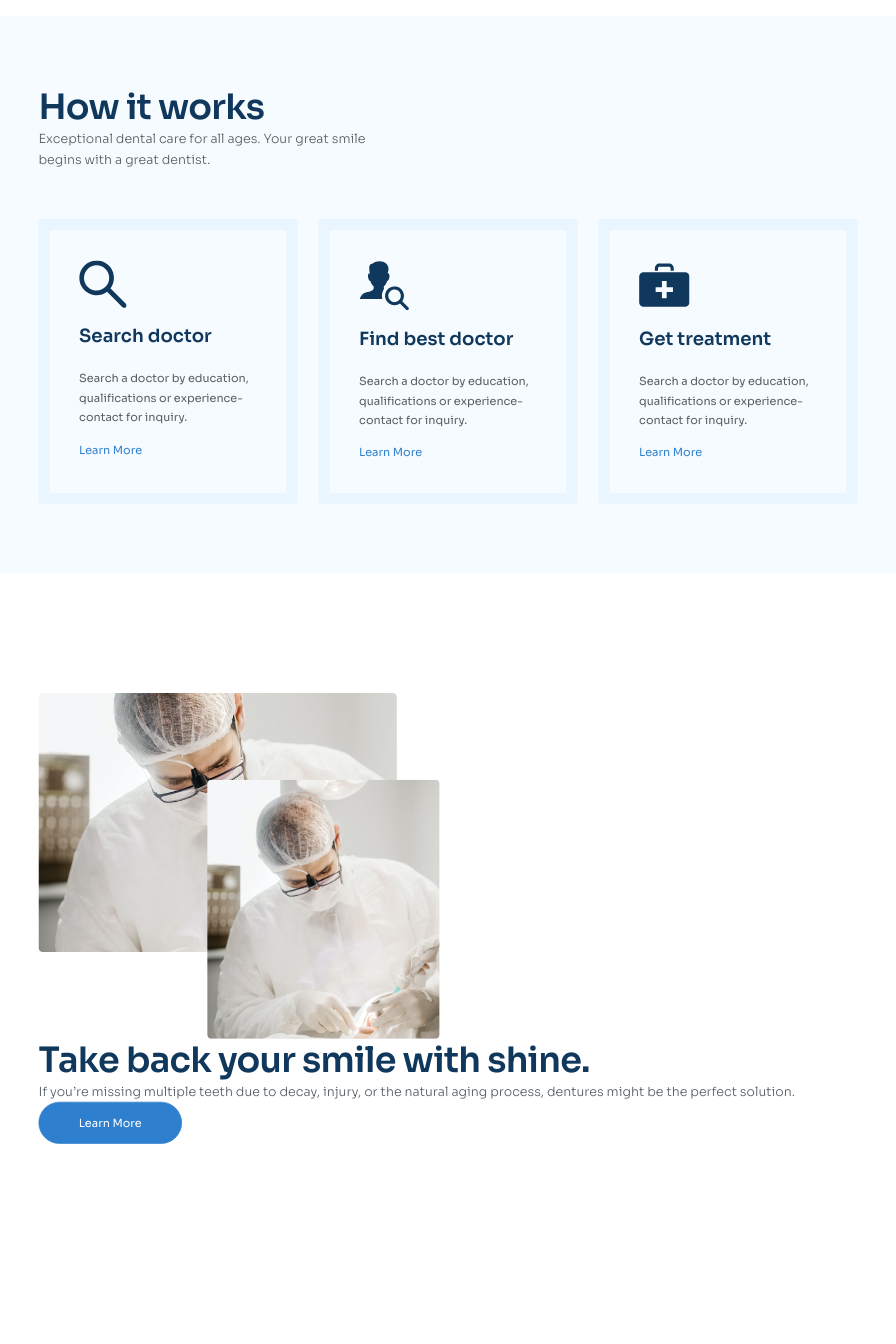
Repository: Tran-Dat/F8_Project_03
Page: index.html
An editor plug-in stored every save of this project. The page is shown before and after the next save, followed by the edit.
The browser window is 1280 px wide. The pictures show the part of the page from y = 1880 to 3800 px (the page is 3800 px tall), at 70% of full size.

Above is the page before, as saved 2023-04-03 16:21:54.

After the next save:
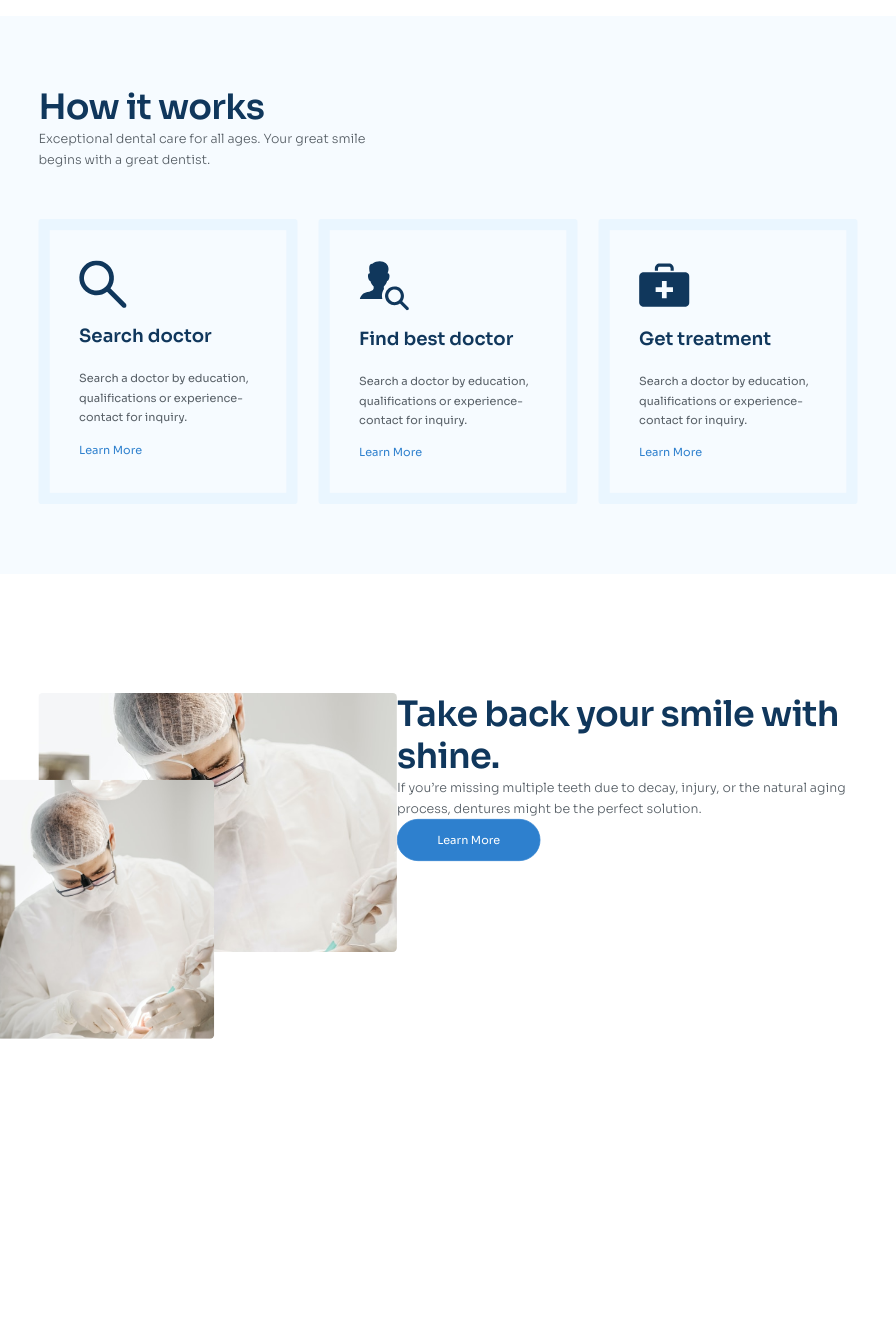
Saved 7 s later.
--- a/assets/css/style.css
+++ b/assets/css/style.css
@@ -388,6 +388,10 @@ a {
     padding: 85px 0;
 }
 
+.feature__inner {
+    display: flex;
+}
+
 .feature__media {
     display: flex;
     justify-content: space-between;
